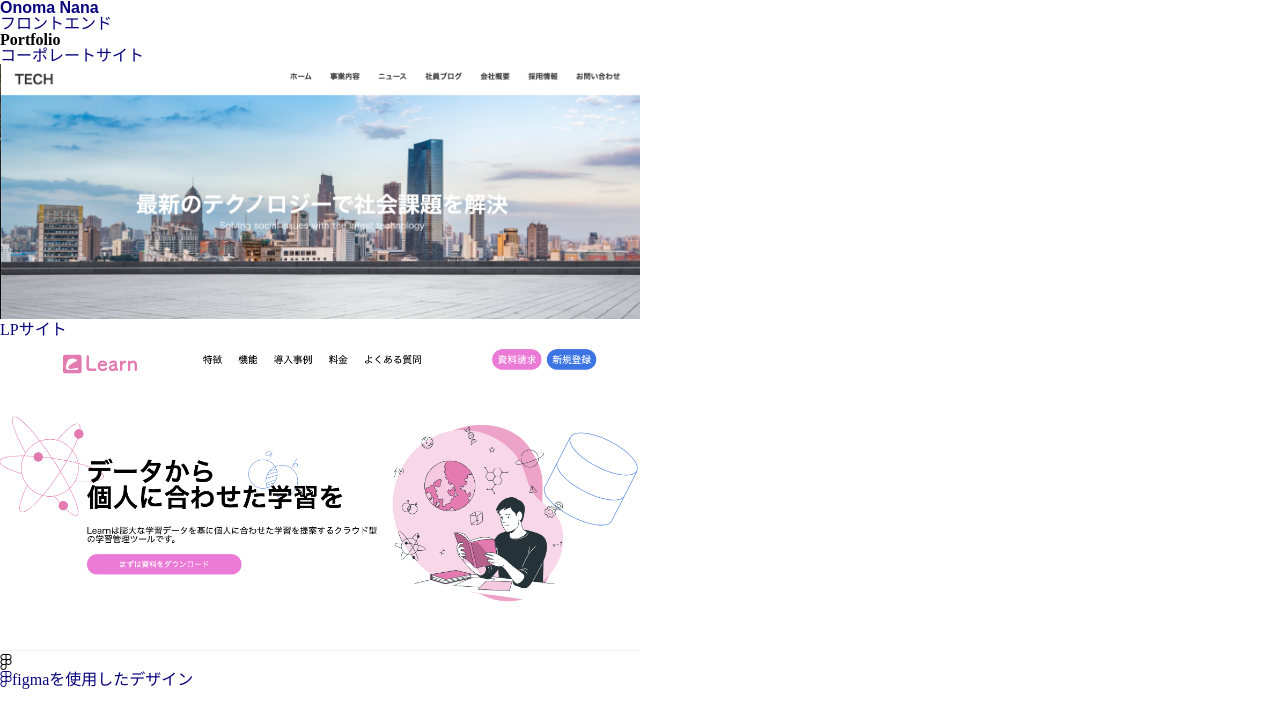
Repository: oninopantsu/onomann
Page: index.html
The author's editor kept a copy of each file at every save. The page is drawn from the files as they stood at one save, then again after the next save.
The browser window is 1280 px wide. The pictures show the whole page.

Above is the page before, as saved 2021-08-17 05:58:34.

After the next save:
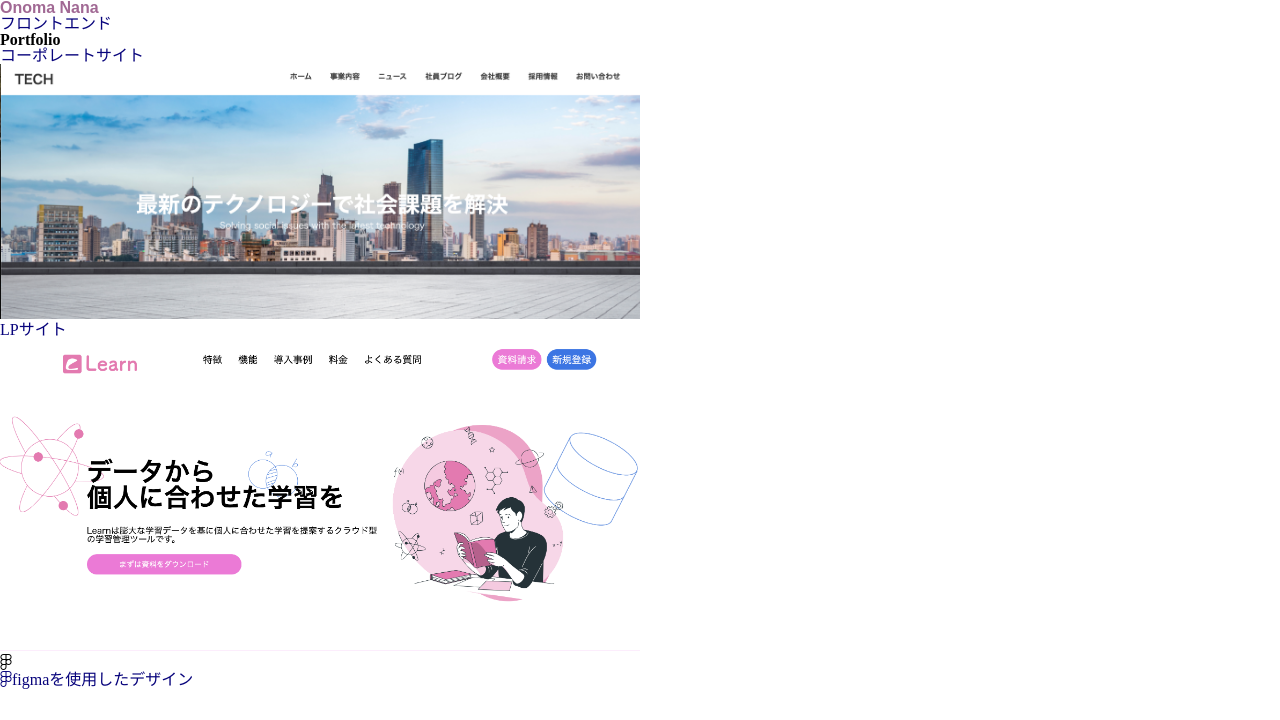
Saved 8 s later.
--- a/styles.css
+++ b/styles.css
@@ -7,7 +7,7 @@ body{
 h1 {
   font-size: 32px;
   font-family: 'Teko', sans-serif;
-  color: #08047c;
+  color: #a16994;
  border-bottom: 3px solid burlywood;
   padding-bottom: 10px;
 }
